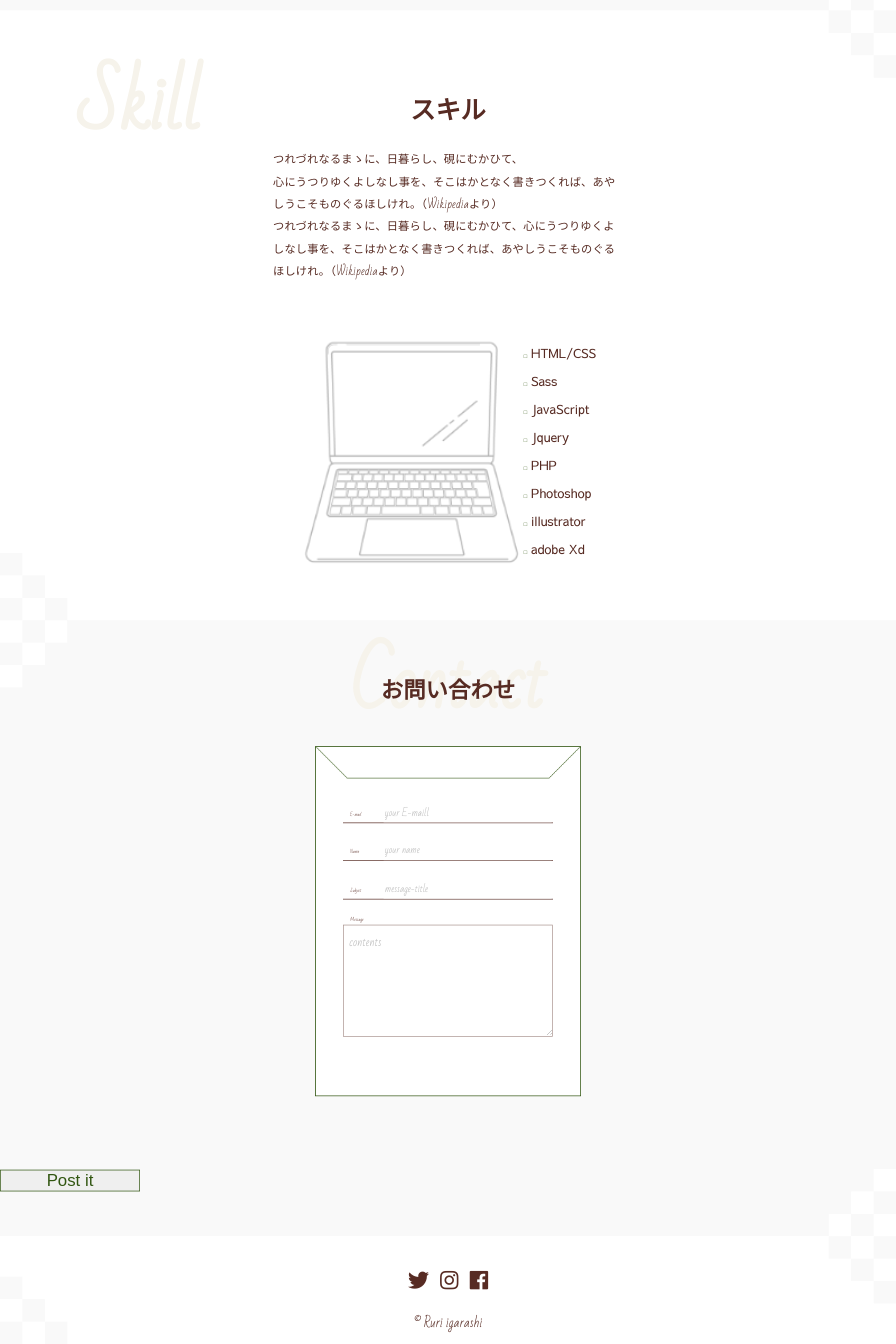
Repository: ppmp556/igarashi.kakuu
Page: index.html
These files come from the project's save history. The page is drawn as it stood at one moment and after the next save; the edit follows.
The browser window is 1280 px wide. The pictures show the part of the page from y = 3660 to 5580 px (the page is 5580 px tall before and 5542 px after), at 70% of full size.
Some web libraries are served in a nearby version. The style sheet was rebuilt from its Sass, Less or Tailwind sources for each picture, by a compiler version that may differ from the author's.

Above is the page before, as saved 2020-11-11 13:46:38.

After the next save:
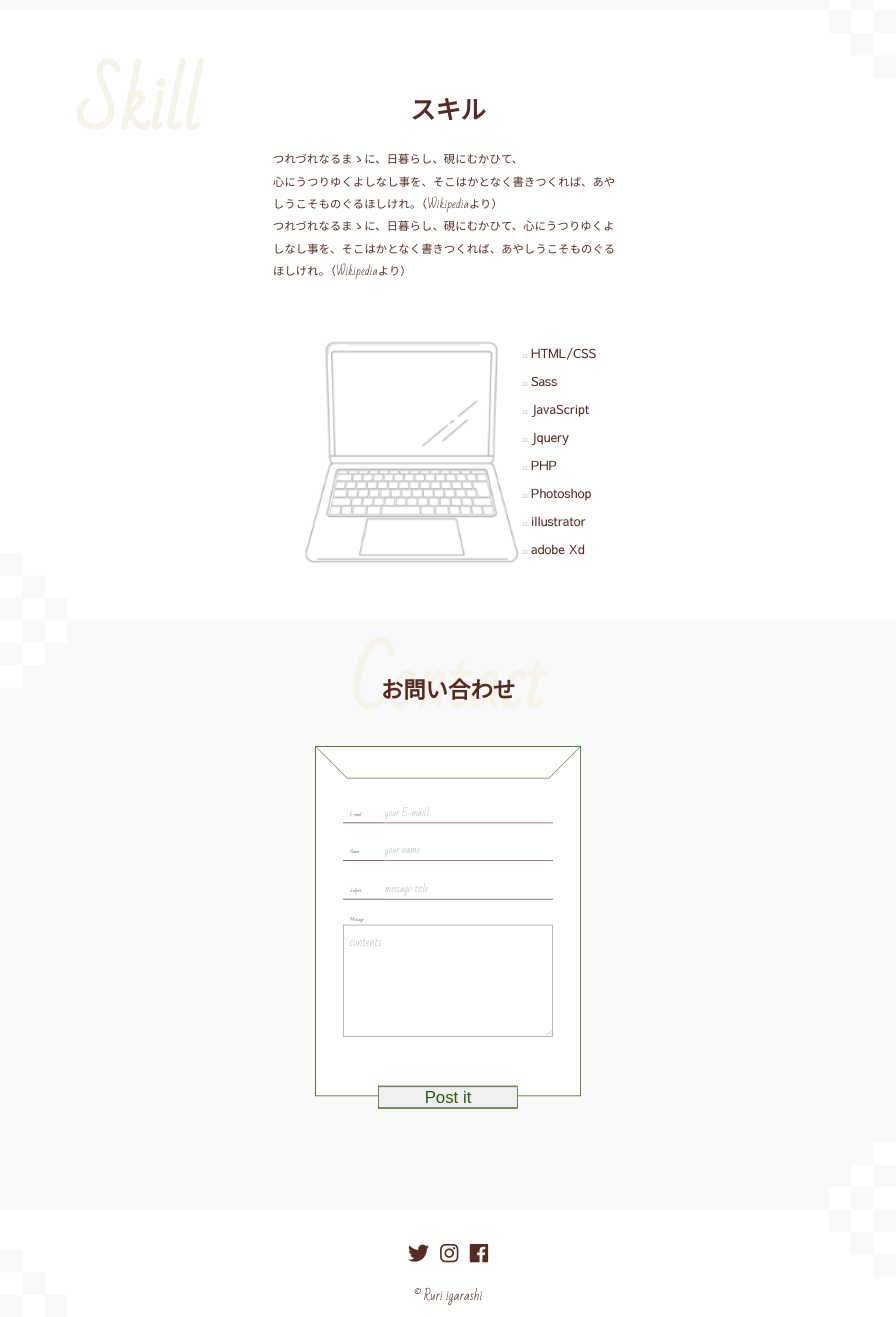
Saved 1 s later.
--- a/index.html
+++ b/index.html
@@ -229,7 +229,7 @@
                             </div><!-- /.contact_formwrap -->
                         </div><!-- /.contact_inner -->
                     </form>
-                    <div class="contact_btnbox">
+                    <div class="contact_btn">
                         <input type="submit" value="Post it" class="site_btn">
                     </div>
                 </section><!-- /#contact.contact -->
